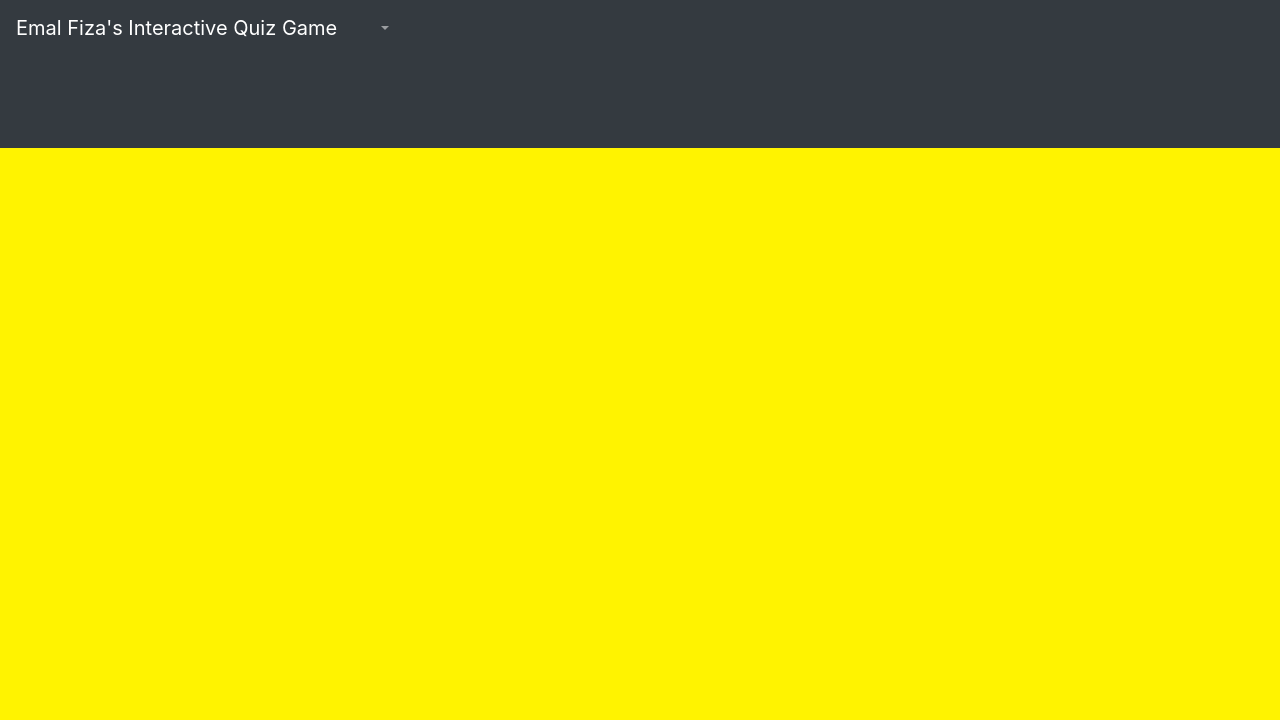
Repository: emalfiza/interactive-quiz-game
Page: index.html
The author's editor kept a record of every edit. The page is drawn from the files as they stood at one moment, then again after the next edit.
The browser window is 1280 px wide. The pictures show the whole page.
Some web fonts or font styles are not loaded; a fallback is used. Some web libraries are served in a nearby version.

Above is the page before.
Console error: TypeError: $(...).scrollspy is not a function

After the next edit:
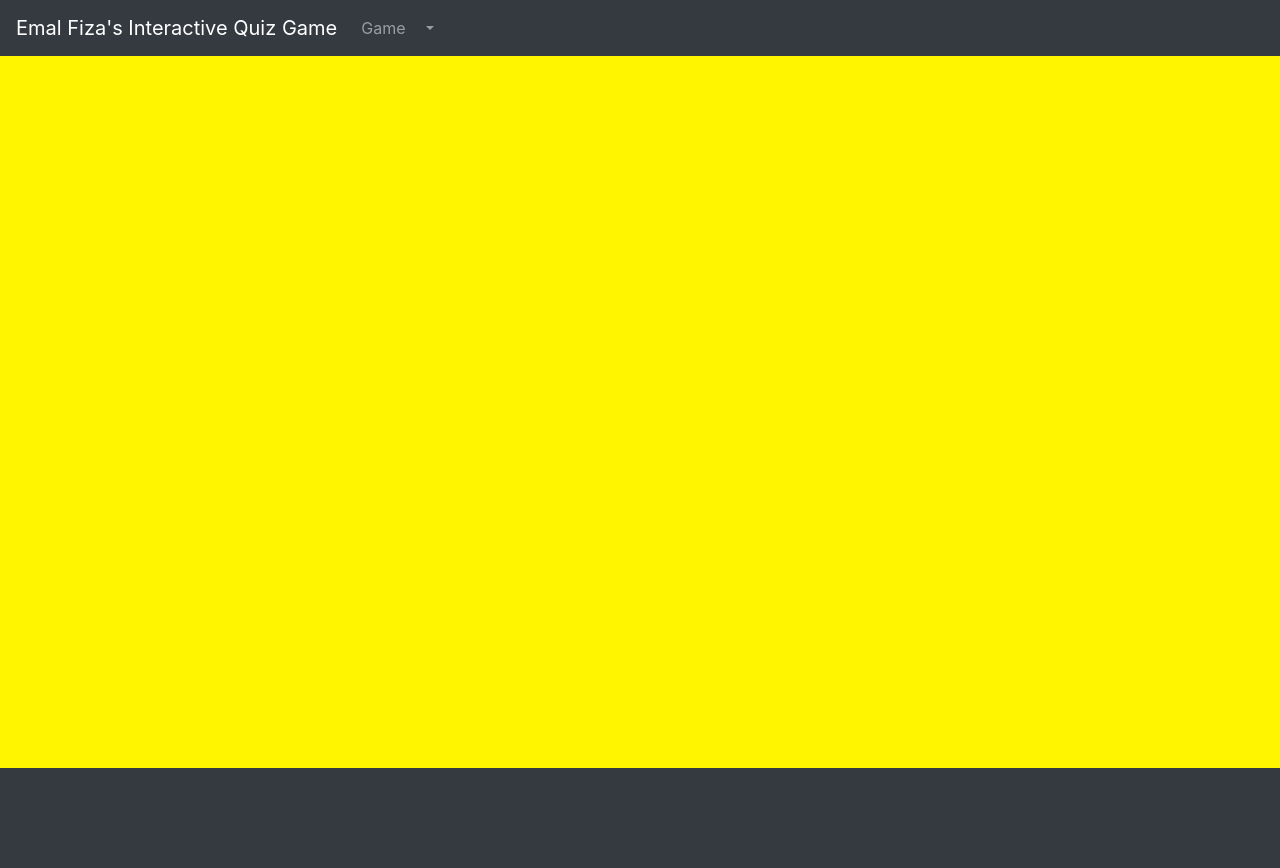
The edit:
--- a/index.html
+++ b/index.html
@@ -30,7 +30,7 @@
             <div class="collapse navbar-collapse" id="collapsibleNavbar">
                 <ul class="navbar-nav">
                     <li class="nav-item">
-                        <a class="nav-link" href=""></a>
+                        <a class="nav-link" href="game">Game</a>
                     </li>
                     <li class="nav-item dropdown">
                         <a class="nav-link dropdown-toggle" data-toggle="dropdown" href="#">
@@ -52,6 +52,11 @@
         <section class="game" class="min-vw-100 min-vh-100"></section>
 
         </section>
+
+        <!-- section to hold content for stats of the game -->
+        <section id="stats" class="min-vw-100 min-vh-100">
+
+        </section>
     </main>
     <footer>
 
